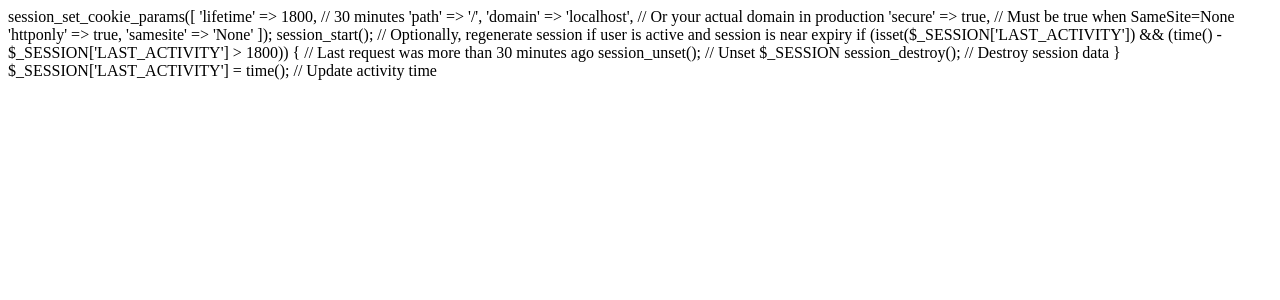
Repository: shrewd-baddest/YOGOBLAST_SERVER-SIDE
Page: http://localhost/session_config.php
The author's editor kept a copy of each file at every save. The page is drawn from the files as they stood at one save, then again after the next save.
The browser window is 1280 px wide. The pictures show the whole page.
The page is run by PHP 8.4 with error messages shown; the project is at /var/www/html/.

Above is the page before, as saved 2025-05-30 13:44:28.

### session_config.php
session_set_cookie_params([
    'lifetime' => 1800, // 30 minutes
    'path' => '/',
    'domain' => 'localhost', // Or your actual domain in production
    'secure' => true, // Must be true when SameSite=None
    'httponly' => true,
    'samesite' => 'None'
]);

session_start();

// Optionally, regenerate session if user is active and session is near expiry
if (isset($_SESSION['LAST_ACTIVITY']) && (time() - $_SESSION['LAST_ACTIVITY'] > 1800)) {
    // Last request was more than 30 minutes ago
    session_unset();     // Unset $_SESSION
    session_destroy();   // Destroy session data
}
$_SESSION['LAST_ACTIVITY'] = time(); // Update activity time

After the next save:
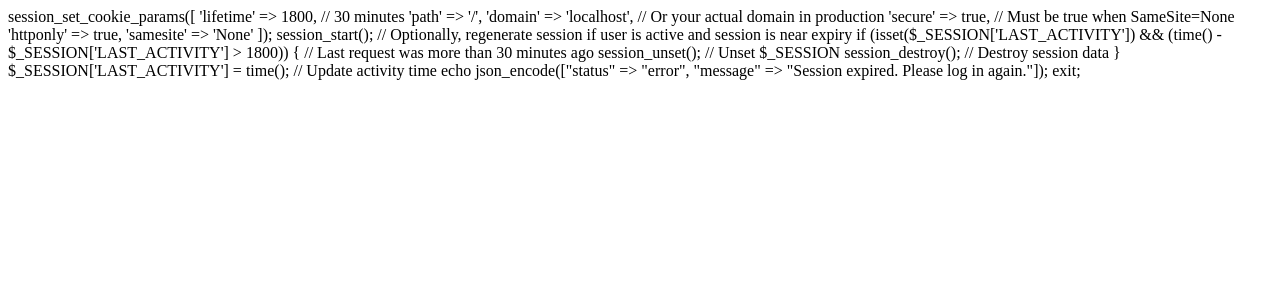
Saved 2 min 36 s later.
--- a/session_config.php
+++ b/session_config.php
@@ -16,3 +16,5 @@ if (isset($_SESSION['LAST_ACTIVITY']) && (time() - $_SESSION['LAST_ACTIVITY'] >
     session_destroy();   // Destroy session data
 }
 $_SESSION['LAST_ACTIVITY'] = time(); // Update activity time
+echo json_encode(["status" => "error", "message" => "Session expired. Please log in again."]);
+    exit;
